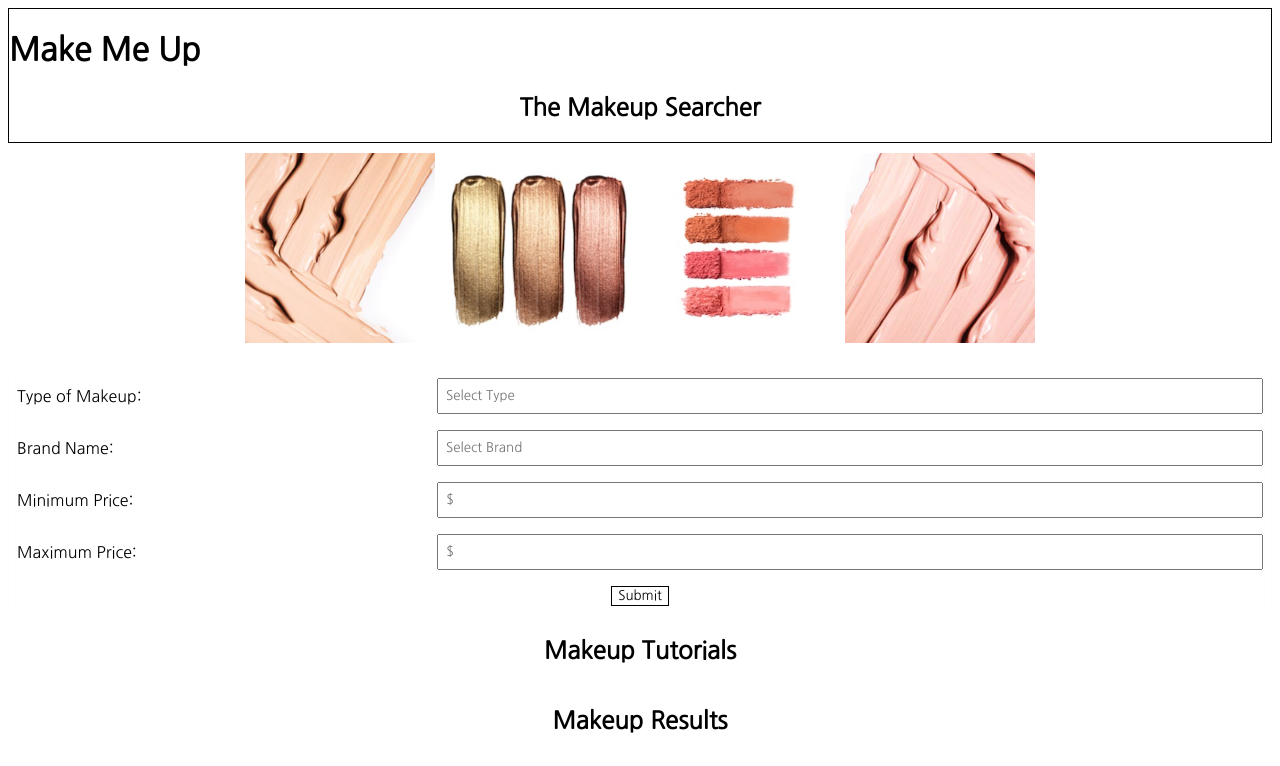
Repository: kaitlynMidori/MakeMeUp
Page: index.html
An editor plug-in stored every save of this project. The page is shown before and after a run of saves, followed by the edit.
The browser window is 1280 px wide. The pictures show the whole page.

Above is the page before, as saved 2020-12-10 17:26:31.

### index.html
<!DOCTYPE html>
<html lang="en">

<head>
    <meta charset="utf-8">
    <meta name="viewport" content="width=device-width">
    <title>Make Me Up</title>
    <link href="style.css" rel="stylesheet" type="text/css" />
    <link rel="preconnect" href="https://fonts.gstatic.com">
    <link href="https://fonts.googleapis.com/css2?family=Nanum+Gothic&display=swap" rel="stylesheet">
</head>

<body>

    <header>
        <h1>Make Me Up</h1>
        <h2>The Makeup Searcher</h2>
    </header>

    <div id="img-container" class="img" style="padding: 5px;">
        <img src="images/smear1.png" alt="eyeshadow smear" height="200" width="200" style="padding: 5px;">
        <img src="images/smear2.png" alt="lipstick smear" height="200" width="200" style="padding: 5px;">
        <img src="images/smear4.jpg" alt="concealer smear" height="200" width="200" style="padding: 5px;">
        <img src="images/smear3.png" alt="blush smear" height="200" width="200" style="padding: 5px;">
    </div>

    <div class="form-container">
        <form id="js-form">
            <ul class="formWrapper">
                <li class= "form-row">
                    <label class="search-term" for="product-type">Type of Makeup:</label>
                    <input class="product-type input" type="text" name="product-type" id="product-type" placeholder="Select Type" list="product-type-list">
                    <datalist id="product-type-list">
                        <option value="Blush">
                        <option value="Bronzer">
                        <option value="Eyebrow">
                        <option value="Eyeliner">
                        <option value="Eyeshadow">
                        <option value="Foundation">
                        <option value="Lip Liner">
                        <option value="Lipstick">
                        <option value="Mascara">
                        <option value="Nail Polish">
                    </datalist>
                </li>

                <li class="form-row">
                    <label class="search-term" for="brand">Brand Name:</label>
                    <input class="brand input" type="text" name="brand" id="brand" placeholder="Select Brand" list="brand-list">
                    <datalist id="brand-list">
                        <option value="Almay">
                        <option value="Alva">
                        <option value="Anna Sui">
                        <option value="Annabelle">
                        <option value="Benefit">
                        <option value="Boosh">
                        <option value="Burt's Bees">
                        <option value="Butter London">
                        <option value="C'est Moi">
                        <option value="Cargo Cosmetics">
                        <option value="China Glaze">
                        <option value="Clinique">
                        <option value="Coastal Classic Creation">
                        <option value="Colourpop">
                        <option value="Covergirl">
                        <option value="Dalish">
                        <option value="Deciem">
                        <option value="Dior">
                        <option value="Dr. Hauschka">
                        <option value="e.l.f">
                        <option value="Essie">
                        <option value="Fenty">
                        <option value="Glossier">
                        <option value="Green People">
                        <option value="Iman">
                        <option value="L'oreal">
                        <option value="Lotus Cosmetics USA">
                        <option value="Maia's Mineral Galaxy">
                        <option value="Marcelle">
                        <option value="Marienatie">
                        <option value="Maybelline">
                        <option value="Milani">
                        <option value="Mineral Fusion">
                        <option value="Misa">
                        <option value="Mistura">
                        <option value="Moov">
                        <option value="Nudus">
                        <option value="NYX">
                        <option value="ORLY">
                        <option value="Pacifica">
                        <option value="Penny Lane Organics">
                        <option value="Physicians Formula">
                        <option value="Piggy Paint">
                        <option value="Pure Anada">
                        <option value="Rejuva Minerals">
                        <option value="Revlon">
                        <option value="Sally B's Skin Yummies">
                        <option value="Salon Perfect">
                        <option value="Sante">
                        <option value="Sinful Colours">
                        <option value="Smashbox">
                        <option value="Stila">
                        <option value="Suncoat">
                        <option value="w3llpeople">
                        <option value="wet n wild">
                        <option value="Zorah">
                        <option value="Zorah Biocosmetiques">
                    </datalist>
                </li>

                <li class="form-row">
                    <label class="search-term" for="min-price-input">Minimum Price:</label>
                    <input class="min-price input" type="number" name="min-price" id="min-price-input" placeholder="$">
                </li>

                <li class="form-row">
                    <label class="search-term" for="max-price-input">Maximum Price:</label>
                    <input class="max-price input" type="number" name="max-price" id="max-price-input" placeholder="$">
                </li>

                <li class="button">
                    <input id="submit-btn" type="submit" value="Submit" width="30px">
                </li>
            </ul>
        </form>
    </div>


        <p id="js-error-message" class="error-message"></p>

        <section id="yt-results" class="hidden">
            <h2>Makeup Tutorials</h2>
            <ul id="yt-results-list">
            </ul>
        </section>
    <div id="results-container" class="hidden">
        <h2>Makeup Results</h2>
            <ul id="results-list">
            </ul>
    </div>

    <script src="https://code.jquery.com/jquery-3.3.1.js" integrity="sha256-2Kok7MbOyxpgUVvAk/HJ2jigOSYS2auK4Pfzbm7uH60=" crossorigin="anonymous"></script>
    <script src="script.js"></script>

</body>

</html>

### style.css
* {
    box-sizing: border-box;
}

hidden {
    display: none;
}

* {
    font-family: 'Nanum Gothic', sans-serif;
    color: black;
}

/* header styling */
header {
    background-color: white;
    border-style: solid;
    border-width: thin;
    border-color: black;
}

h2 {
    text-align: center;
}

/* Body styling */
body {
    background-color: white;
}

/* Image styling */

#img-container {
    display: flex;
    flex-direction: row;
    flex-wrap: nowrap;
    justify-content: center;
}

/* Form styling */
.formWrapper {
    background-color: white;
    list-style-type: none;
    padding: 0;
    border-style: solid;
    border-width: thin;
    border-color: #fbfefb;
}

.form-row {
    display: flex;
    justify-content: center;
    padding: .5em;
}

.form-row >label {
    padding: .5em 1em .5em 0;
    flex: 1;
}

.form-row > input {
    flex: 2;
}

.form-row > input,
.form-row > button {
    padding: .5em;
}

.button {
    display: flex;
    justify-content: center;
    padding: .5em 1em .5em 1em;
}

#submit-btn {
    background-color: white;
    color: black;
    border-style: solid;
    border-width: thin;
    border-color: black;
}

/* results styling */


#results-list{
    display: flex;
    flex-wrap: wrap;
    justify-content: center;
    font-size: 12px;
}

.each-product-result {
    padding-left: 7px;
    list-style-type: none;
    background-color: white;
    border: lightgray;
    border-style: solid;
    border-width: thin;
    width: 200px;
}

.each-product-result > .product-name {
    display: block;
    margin-right: auto;
    margin-left: auto;
    font-size: 12px;
    width: 160px;
}

.each-product-result > .product-img {
    display: block;
    border: white;
    border-style: solid;
    border-width: thin;
    margin-left: auto;
    margin-right: auto;
    height: 150px;
    width: 150px;
}

.each-product-result > .product-price {
    font-style: italic;
}

.each-product-result > .product-description {
    font-size: 12px;
    font-weight: lighter;
    width: 180px;
}

/* YouTube video Styling */

#yt-results-list {
    display: flex;
    flex-wrap: wrap;
    justify-content: center;
    font-size: 12px;
}

.each-yt-result {
    padding-left: 7px;
    list-style-type: none;
    background-color: white;
    border: lightgray;
    border-style: solid;
    border-width: thin;
    width: 200px;
}

.each-yt-result > .yt-title {
    display: block;
    margin-left: auto;
    margin-left: auto;
}

.each-yt-result > .yt-description {
    font-size: 12px;
    width: 180px;
}

.each-yt-result > .yt-thumbnails {
    display: block;
    border: white;
    border-style: solid;
    border-width: thin;
    margin-left: auto;
    margin-right: auto;
    height: 130px;
    width: 150px;
}

### script.js
 'use strict';

const makeupURL = 'https://makeup-api.herokuapp.com/api/v1/products.json';

//watch form
//prevent submit btn default
//collect values for user input
function watchForm() {
    $('form').submit(event => {
        event.preventDefault();
        const searchTerm = $('#product-type').val();
        const brand = $('#brand').val();
        const minPrice = $('#min-price-input').val();
        const maxPrice = $('#max-price-input').val();
        getMakeUp(searchTerm, brand, minPrice, maxPrice);
        getYoutubeVideo(searchTerm, brand);
    });
}

//format url
function formatQueryParams(params) {
    const queryItems = Object.keys(params)
        .map(key => `${encodeURIComponent(key)}=${encodeURIComponent(params[key])}`)
    return queryItems.join('&');
}

function getMakeUp(searchTerm, brand, minPrice, maxPrice) {
    const params = {
        product_type: searchTerm,
        brand: brand,
        price_greater_than: minPrice,
        price_less_than: maxPrice,
    };

    const queryString = formatQueryParams(params)
    const url = makeupURL + '?' + queryString;
    console.log(url);

    fetch(url)
        .then(response => {
            if (response.ok) {
                return response.json();
            }
            throw new Error(response.statusText);
        })
        .then(responseJson => displayResults(responseJson))
        .catch(err => {
            $('#js-error-message').text(`Something went wrong: ${err.message}`);
        });
}

function displayResults(responseJson) {
    // if there are previous results, remove them
    console.log(responseJson);
    $('#results-list').empty();

    //if there are no results, display a msg
    if (!Object.keys(responseJson).length) {
        $('#results-list').append(`<h2>Sorry, No Products Found For That Make-Up and/or Brand</h2>`);
    }
    // iterate through the items array
    for (let i = 0; i < responseJson.length; i++) {

        // for each makeup object in the items array, add a list item to the results
        //list with the full name, img, price, description, url
        $('#results-list').append(
            `<li class="each-product-result">
      <h3 class="product-name">${responseJson[i].name}</h3>
      <img class="product-img" src="${responseJson[i].image_link}">

      <br>

      <p class="product-price">$${responseJson[i].price}</p>
      <p class="product-description">${responseJson[i].description}</p>
      </li>`
        )
    };

    //display the results section
    $('#results').removeClass('hidden');

    //clear input after results load
    $('#product-type').val('')
    $('#brand').val('')
    $('#min-price-input').val('');
    $('#max-price-input').val('');
};

$(watchForm);

// *****************Youtube video portion**************************************

const youtubeURL = 'https://www.googleapis.com/youtube/v3/search';

function getYoutubeVideo(searchTerm, brand) {
 const params = {
    part:'snippet',
    key:'AIzaSyDLTkOknlkbRK8xtwwM4HzWWfjG2awJktI',
    q: searchTerm + brand + ' makeup',
    maxResults: 6,
    type: 'video',
    order: 'Relevance',
    safeSearch: 'strict',
    relevanceLanguage: 'en'
  };

  const queryString = formatQueryParams(params)
  const url = youtubeURL + '?' + queryString;
  console.log(url);

  fetch(url)
    .then(response => {
      if (response.ok) {
        return response.json();
      }
      throw new Error(response.statusText);
    })
    .then(responseJson => displayYoutubeResults(responseJson))
    .catch(err => {
      $('#js-error-message').text(`Something went wrong: ${err.message}`);
    });
}

function displayYoutubeResults(responseJson) {
  console.log(responseJson);

  $('#yt-results-list').empty();

  if(!Object.keys(responseJson.items).length){
    $('#yt-results-list').append(`<h2>Sorry, No Videos Found For That Make-Up and/or Brand</h2>`);
  }

  for (let i = 0; i < responseJson.items.length; i++){
    $('#yt-results-list').append(
      `<li class= "each-yt-result">
      <a href="https://www.youtube.com/watch?v=${responseJson.items[i].id.videoId}?vq=hd1080" target=_blank>
        <h3>${responseJson.items[i].snippet.title} class="yt-title"</h3>
      </a>
      <a href="https://www.youtube.com/watch?v=${responseJson.items[i].id.videoId}?vq=hd1080" class= "yt-thumbnails" target=_blank>
        <img src="${responseJson.items[i].snippet.thumbnails.default.url}">
      </a>

      <p>Channel: <a href="https://www.youtube.com/channel/${responseJson.items[i].snippet.channelId}" class="yt-channel" target=_blank>${responseJson.items[i].snippet.channelTitle}</a></p>

      <p>${responseJson.items[i].snippet.description}</p>

      </li>`)
  };

  $('#yt-results').removeClass('hidden');
};

After the next 2 saves:
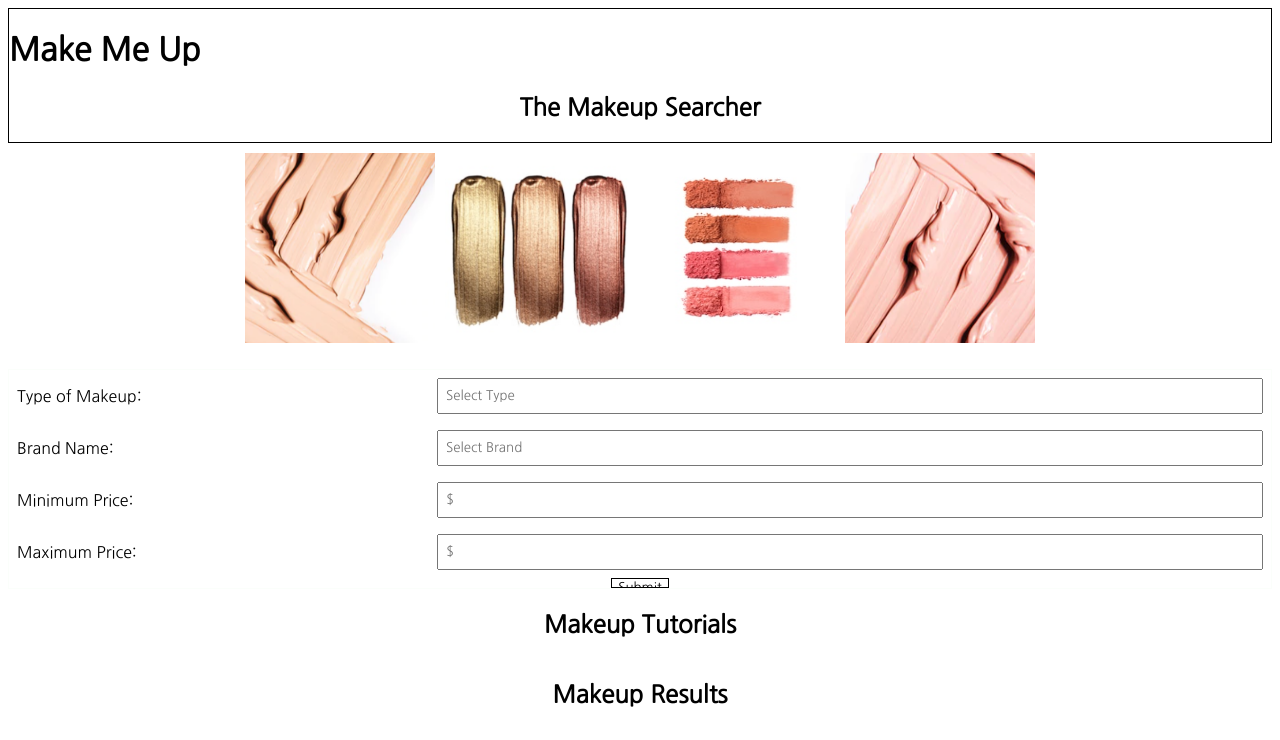
The 2 saves are shown as one change because they came seconds apart.
The last was saved 20 s later.
--- a/style.css
+++ b/style.css
@@ -70,7 +70,7 @@ body {
 .button {
     display: flex;
     justify-content: center;
-    padding: .5em 1em .5em 1em;
+    height: 10px;
 }
 
 #submit-btn {
